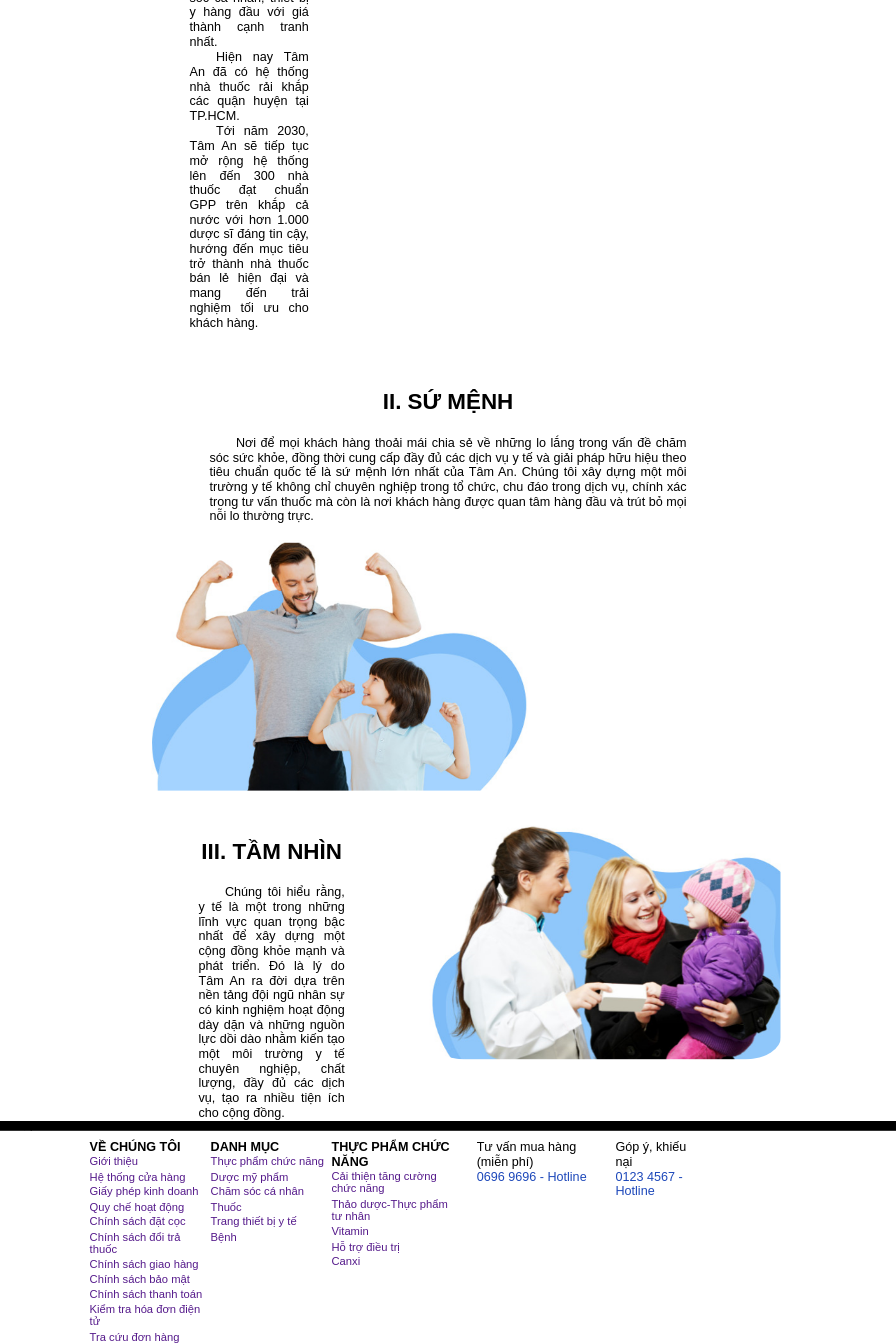
Repository: ViralAIWorks/TamAnPharmacy.github.io
Page: pages/thongtin.html
The author's editor kept a copy of each file at every save. The page is drawn from the files as they stood at one save, then again after the next save.
The browser window is 1280 px wide. The pictures show the part of the page from y = 1009 to 2929 px (the page is 2929 px tall), at 70% of full size.
Some web fonts or font styles are not loaded; a fallback is used.

Above is the page before, as saved 2022-03-14 10:43:16.

After the next save:
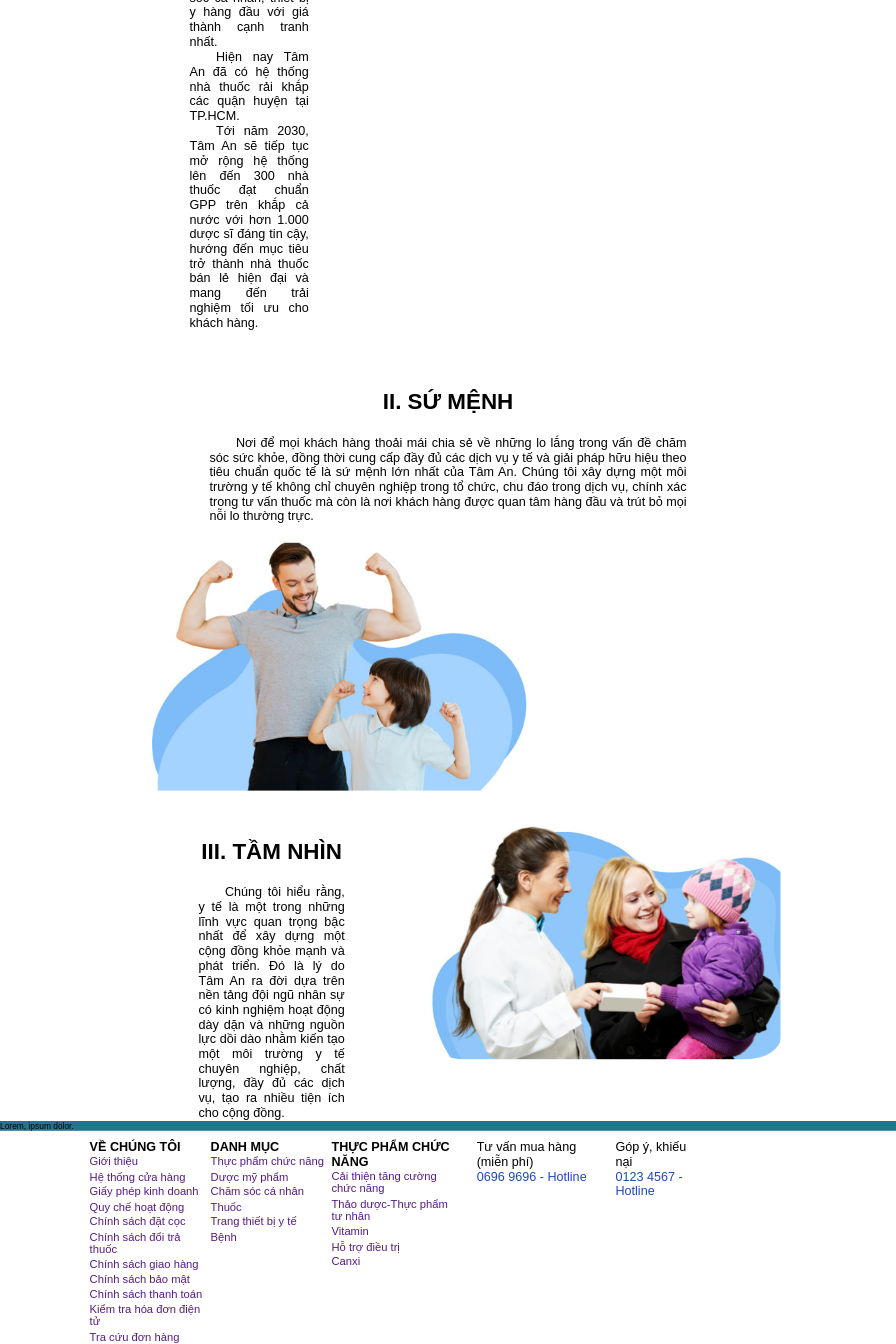
Saved 13 s later.
--- a/pages/style/style_cactrang.css
+++ b/pages/style/style_cactrang.css
@@ -209,8 +209,8 @@ main {
 }
 
 .ft-bar {
-    background-color: black;
-    height: 2%;
+    background-color: rgb(30, 119, 141);
+    height: 10%;
 }
 
 .list {
